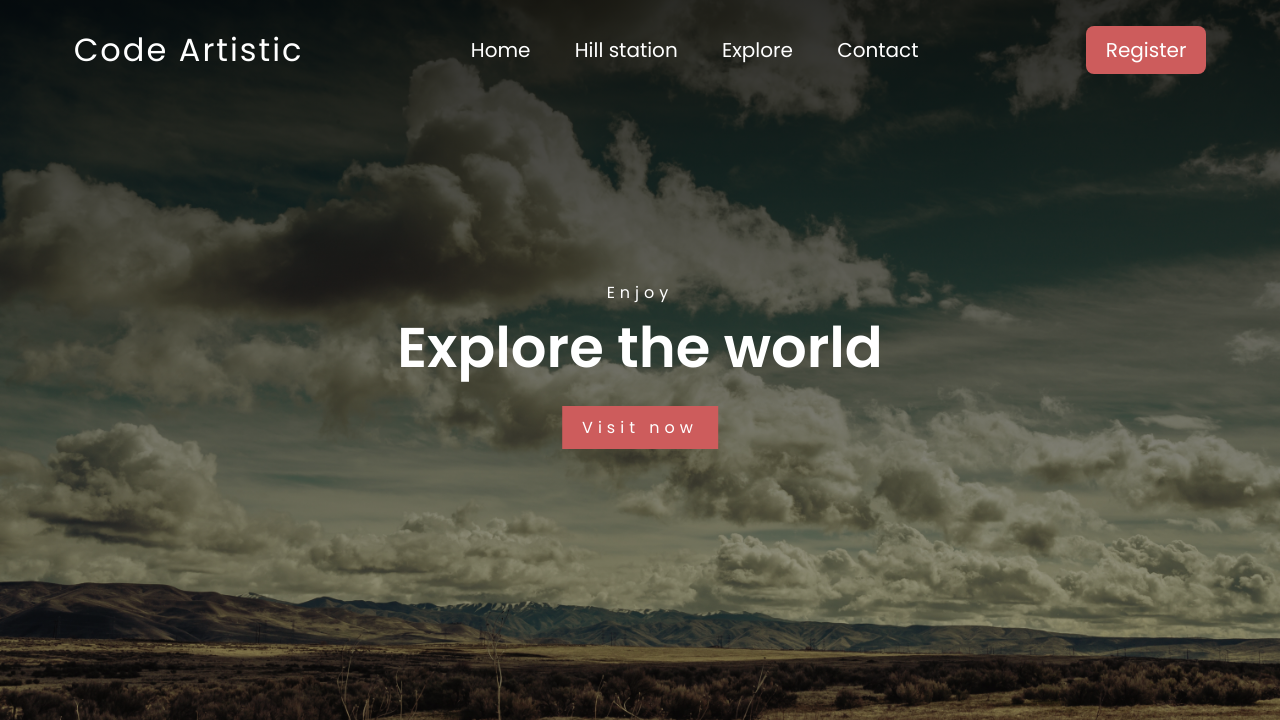
Repository: Ruxmary7/energy
Page: starter/index.html
The author's editor kept a copy of each file at every save. The page is drawn from the files as they stood at one save, then again after the next save.
The browser window is 1280 px wide. The pictures show the whole page.

Above is the page before, as saved 2025-01-10 22:18:28.

After the next save:
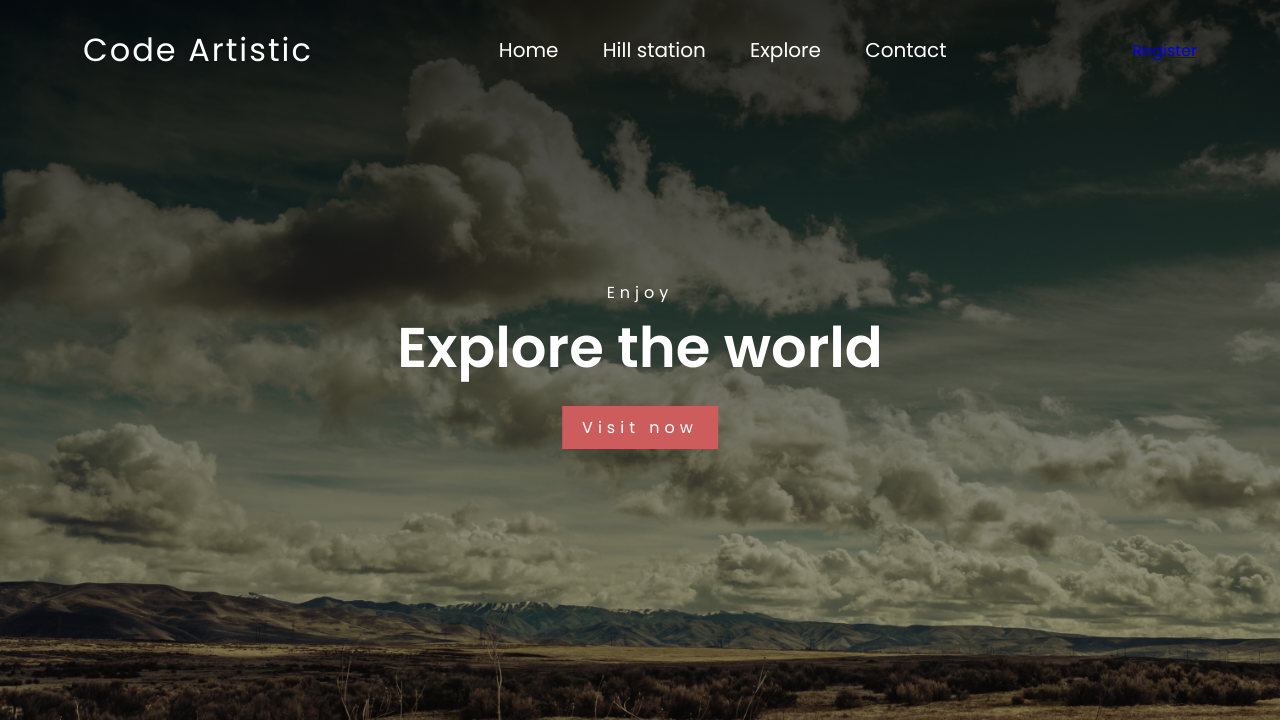
Saved 36 s later.
--- a/starter/style.css
+++ b/starter/style.css
@@ -31,6 +31,7 @@
     padding: 10px 20px;
    font-size: 20px;
  }
+ .menu a
  .register a{
     text-decoration: none;
     color: #fff;

After the 2 saves that followed:
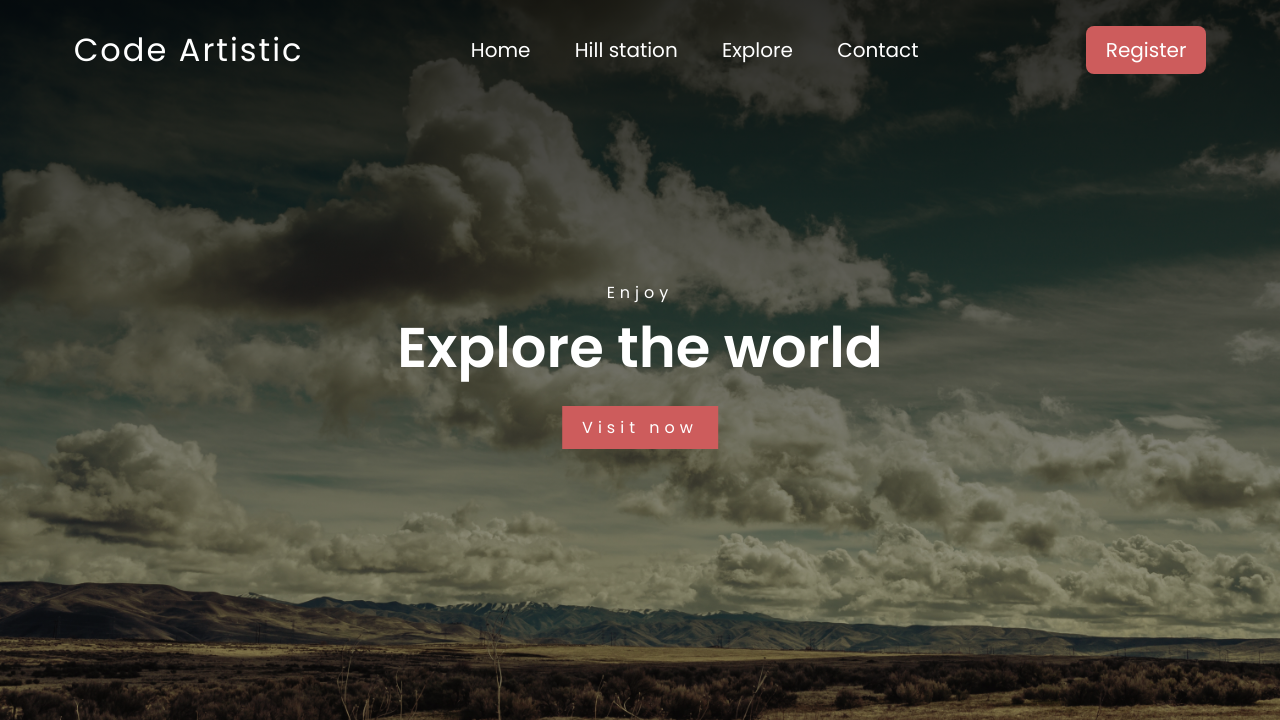
The 2 saves are shown as one change because they came seconds apart.
The last was saved 6 s later.
--- a/starter/style.css
+++ b/starter/style.css
@@ -31,7 +31,9 @@
     padding: 10px 20px;
    font-size: 20px;
  }
- .menu a
+ .menu a:hover {
+    b
+ }
  .register a{
     text-decoration: none;
     color: #fff;
